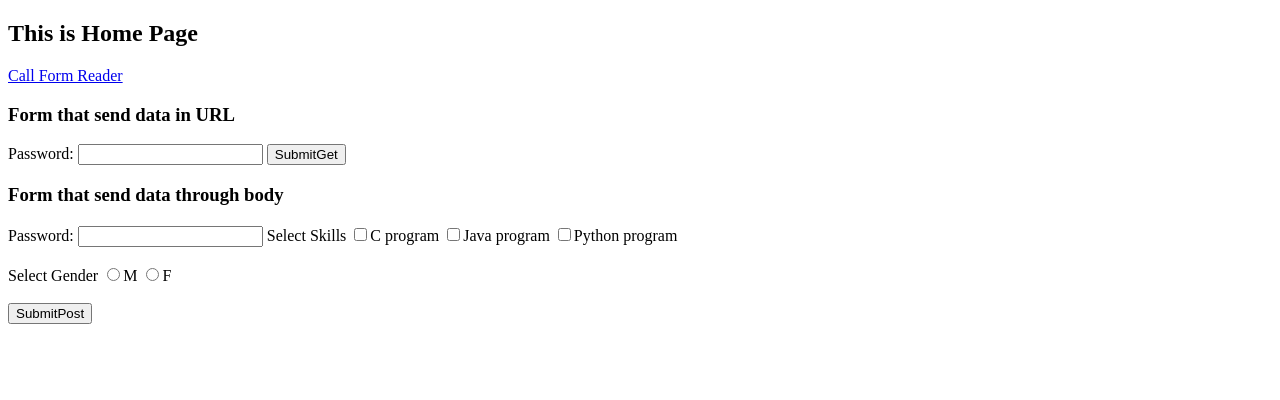
Repository: nikant20/Training
Page: javaee-web25/WebContent/home.html
An editor plug-in stored every save of this project. The page is shown before and after the next save, followed by the edit.
The browser window is 1280 px wide. The pictures show the whole page.

Above is the page before, as saved 2018-09-19 10:06:10.

After the next save:
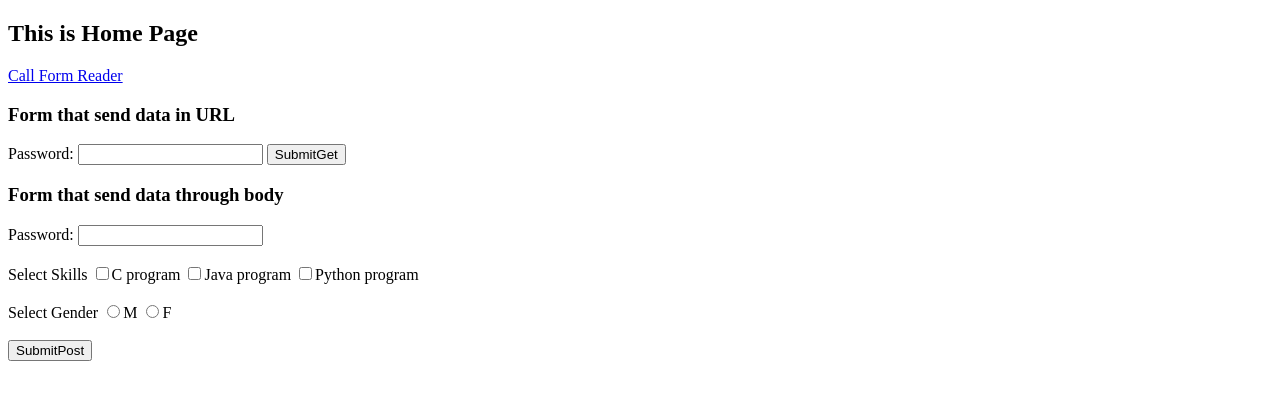
Saved 24 s later.
--- a/javaee-web25/WebContent/home.html
+++ b/javaee-web25/WebContent/home.html
@@ -19,7 +19,7 @@
 
 	<h3>Form that send data through body</h3>
 	<form action="FormReaderServlet" method="post">
-		Password: <input type="password" name="pass">
+		Password: <input type="password" name="pass"><br><br>
 		Select Skills <input type="checkbox" name="skills" value="C">C program
 					  <input type="checkbox" name="skills" value="J">Java program
 					  <input type="checkbox" name="skills" value="P">Python program<br><br>
